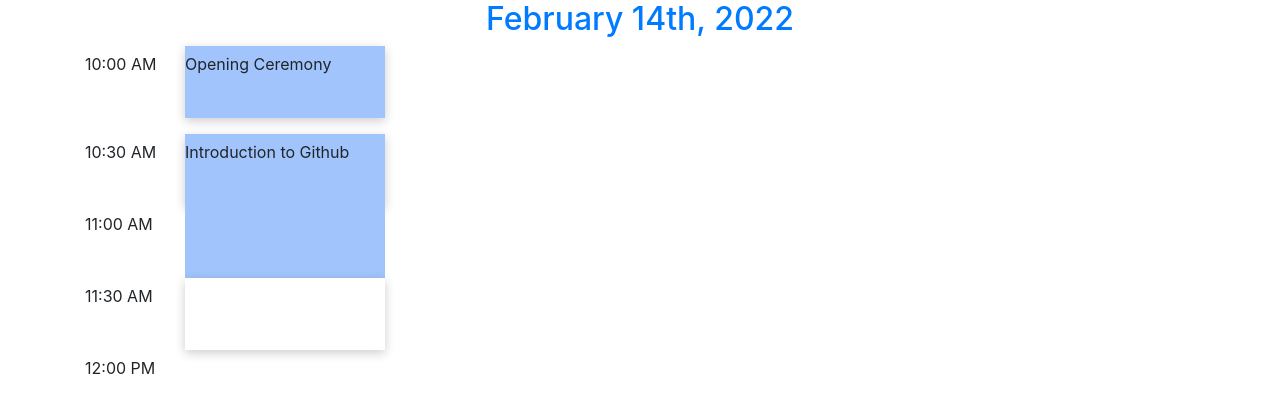
Repository: BaileyLuu/yuHacks2022
Page: public/schedule.html
These files come from the project's save history. The page is drawn as it stood at one moment and after the next save; the edit follows.
The browser window is 1280 px wide. The pictures show the whole page.
Some web libraries are served in a nearby version.

Above is the page before, as saved 2021-11-20 13:41:35.

After the next save:
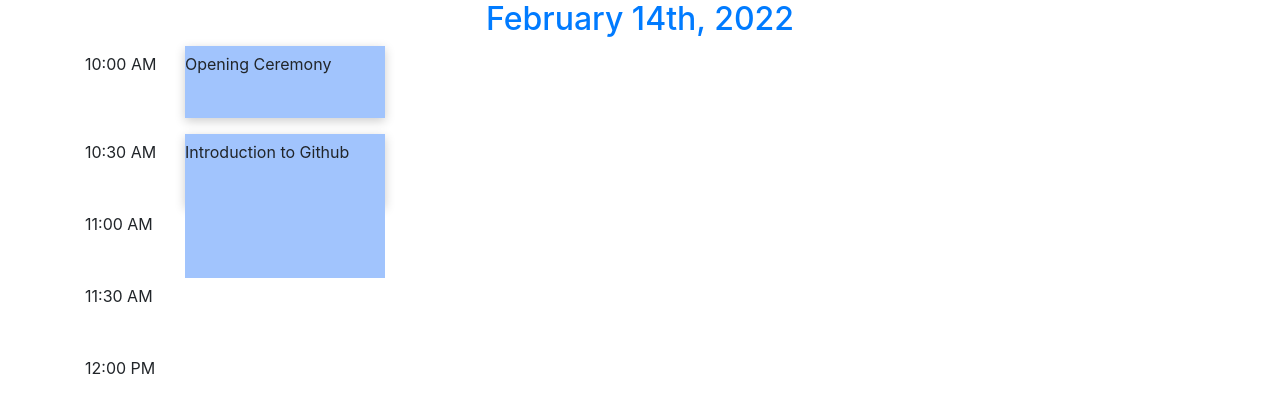
Saved 13 s later.
--- a/public/schedule.css
+++ b/public/schedule.css
@@ -29,7 +29,6 @@
 }
 .empty-box{
   background-image: white;
-  box-shadow: 0 3px 10px rgb(0 0 0 / 0.2);
   position:relative;
   flex-wrap: wrap;
 }
